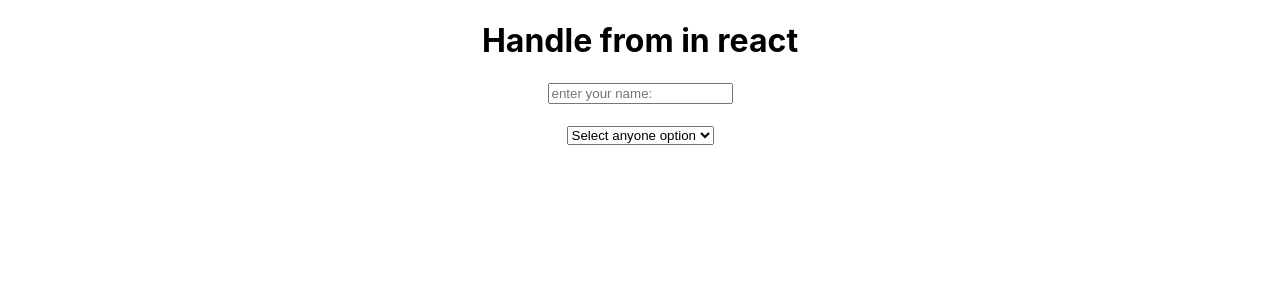
Repository: ShahbazGurmani/react-practice
Page: /
The author's editor kept a copy of each file at every save. The page is drawn from the files as they stood at one save, then again after the next save.
The browser window is 1280 px wide. The pictures show the whole page.
The project was rebuilt for these pictures with package versions that can differ from the ones it lists, and the page was loaded fresh each time. Also part of the build but not shown: src/User.js, src/Student.js, src/Records.js.

Above is the page before, as saved 2023-08-23 02:27:48.

After the next save:
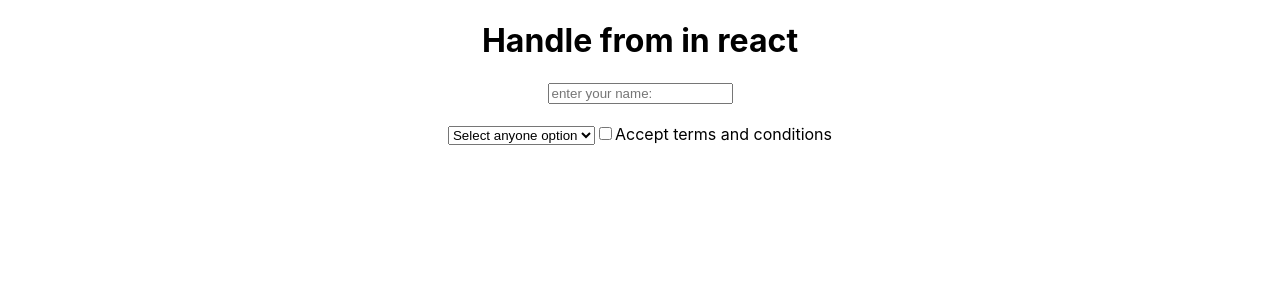
Saved 78 s later.
--- a/src/App.js
+++ b/src/App.js
@@ -58,6 +58,7 @@ function App() {
                 <option>Mravel</option>
                 <option>BC</option>
           </select>
+          <input type='checkbox' /><span>Accept terms and conditions</span><br/> <br/>
        </form>
 
 
